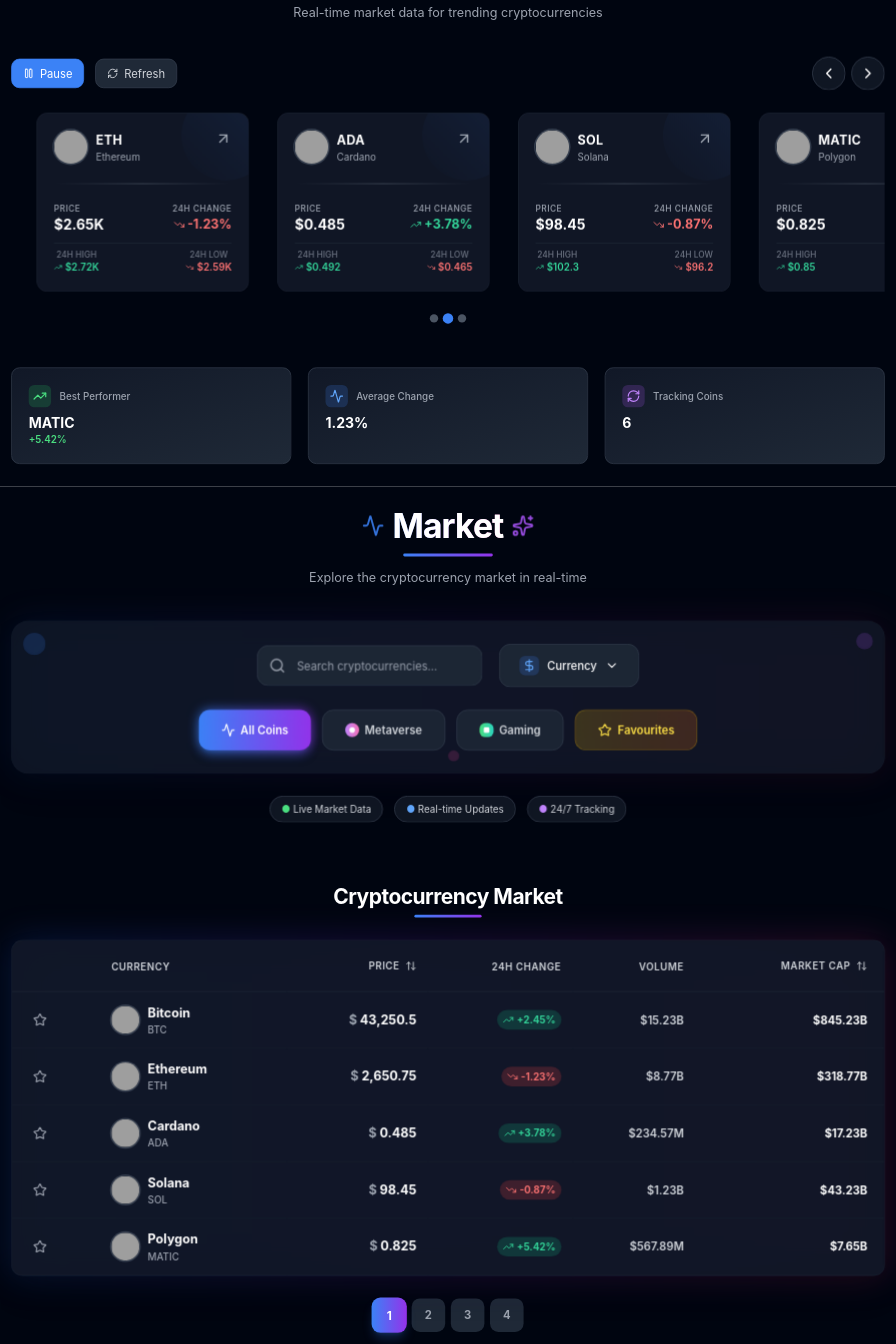
Repository: XaidenLabs/kingpad
Page: /
These files come from the project's save history. The page is drawn as it stood at one moment and after the next save; the edit follows.
The browser window is 1280 px wide. The pictures show the part of the page from y = 807 to 2727 px (the page is 3461 px tall before and 3437 px after), at 70% of full size.
Pictures or frames that could not be fetched are drawn as grey boxes. The page's requests for data from a server got no answer. The project was rebuilt for these pictures with package versions that can differ from the ones it lists, and the page was loaded fresh each time. The framework's server and built-in components were replaced by stand-ins that run in the browser. No one was signed in, and anything a server would have sent is missing. Also part of the build but not shown: next.config.js.

Above is the page before, as saved 2025-09-06 19:48:24.

### src/pages/_app.tsx
import '@/styles/globals.css'
import type { AppProps } from 'next/app'
import { ChakraProvider } from '@chakra-ui/react'
import store from '@/ReduxStore/FavouritesSlice'
import { Provider } from 'react-redux'

export default function App({ Component, pageProps }: AppProps) {
  return (
    <ChakraProvider>

      <Provider store={store}>
        <Component {...pageProps} />
      </Provider>

    </ChakraProvider>
  )
}

### src/pages/index.tsx
import Head from 'next/head'
import { Inter } from 'next/font/google'
import Navbar from '@/components/HomePageComponents/Navbar'
import HomeComnponent from '@/components/HomePageComponents/Home'
import TrendingCoins from '@/components/CoinDetailPageComponents/TrendingCoins'
import React from "react"
import Hero from '@/components/HomePageComponents/Hero'


const inter = Inter({ subsets: ['latin'] })
export default function Home() {

  return (
    <>
      <Head>
        <title>Crypgo</title>
        <meta name="description" content="Generated by create next app" />
        <meta name="viewport" content="width=device-width, initial-scale=1" />
        <link rel="icon" href="/favicon.ico" />
      </Head>

      <div>
        <nav className='maincolor'>
          <Navbar />
        </nav>

        <nav className='maincolor'>
          <Hero />
        </nav>

        <div className=' flex justify-evenly flex-wrap gap-10'>
          <div className=''>
            <nav className='maincolor'>
              <TrendingCoins />
            </nav>
            <nav className='maincolor'>
              <HomeComnponent />
            </nav>
          </div>

        </div>
      </div>

    </>
  )
}

### src/ReduxStore/FavouritesSlice.ts
import { configureStore } from "@reduxjs/toolkit";
import { createSlice } from "@reduxjs/toolkit";




type CryptoCoin = {
  id: string;
  price: number;
  image: string;
  name: string;
};

const favouriteSlice = createSlice({
    name: "favourites",
   // initialState: { list: [] },
   initialState: { list: [] as CryptoCoin[] }, // specify the type of the array as CryptoCoin[]

    reducers: {
        addToFavourites(state, action) {
            const newItem = action.payload;
            const existingItem = state.list.find((item) => item.id === newItem.id);

            if (!existingItem) {
                state.list.push({
                    id: newItem.id,
                    price: newItem.current_price,
                    image: newItem.image,
                    name: newItem.id,
                });
            }

        },

        removeFromFavourites(state, action) {
            const name = action.payload.id;
            const existingItem = state.list.find(item => item.name === name);
            state.list = state.list.filter(item => item.name !== name);
        }
    }

})

const store = configureStore({ reducer: { favourites: favouriteSlice.reducer } });

export default store;

export const favouritesActions=favouriteSlice.actions;

### src/components/CoinDetailPageComponents/TrendingCoins.tsx
import React, { useState, useEffect, useCallback, memo } from 'react';
import {
  TrendingUp,
  TrendingDown,
  RefreshCw,
  ArrowUpRight,
  ChevronLeft,
  ChevronRight,
  Play,
  Pause,
  Activity
} from 'lucide-react';

type topCoinObj = {
  coinName?: string;
  image: string;
  percentChange?: number;
  current_price: number;
  id: string;
  symbol: string;
  price_change_percentage_24h: number;
  high_24h: number;
  low_24h: number;
};

// Sample data for demo
const sampleData: topCoinObj[] = [
  {
    id: 'bitcoin',
    image: 'https://coin-images.coingecko.com/coins/images/1/small/bitcoin.png',
    symbol: 'btc',
    current_price: 43250.50,
    price_change_percentage_24h: 2.45,
    high_24h: 44100.25,
    low_24h: 42800.75
  },
  {
    id: 'ethereum',
    image: 'https://coin-images.coingecko.com/coins/images/279/small/ethereum.png',
    symbol: 'eth',
    current_price: 2650.75,
    price_change_percentage_24h: -1.23,
    high_24h: 2720.50,
    low_24h: 2590.25
  },
  {
    id: 'cardano',
    image: 'https://coin-images.coingecko.com/coins/images/975/small/cardano.png',
    symbol: 'ada',
    current_price: 0.485,
    price_change_percentage_24h: 3.78,
    high_24h: 0.492,
    low_24h: 0.465
  },
  {
    id: 'solana',
    image: 'https://coin-images.coingecko.com/coins/images/4128/small/solana.png',
    symbol: 'sol',
    current_price: 98.45,
    price_change_percentage_24h: -0.87,
    high_24h: 102.30,
    low_24h: 96.20
  },
  {
    id: 'polygon',
    image: 'https://coin-images.coingecko.com/coins/images/4713/small/matic-token-icon.png',
    symbol: 'matic',
    current_price: 0.825,
    price_change_percentage_24h: 5.42,
    high_24h: 0.850,
    low_24h: 0.780
  },
  {
    id: 'chainlink',
    image: 'https://coin-images.coingecko.com/coins/images/877/small/chainlink-new-logo.png',
    symbol: 'link',
    current_price: 14.25,
    price_change_percentage_24h: -2.15,
    high_24h: 14.85,
    low_24h: 13.90
  }
];

const TrendingCoins = () => {
  const [topCoins, setTopCoins] = useState<topCoinObj[]>([]);
  const [error, setError] = useState<string | null>(null);
  const [loading, setLoading] = useState(true);
  const [currentIndex, setCurrentIndex] = useState(0);
  const [isPlaying, setIsPlaying] = useState(true);
  const [itemsPerView, setItemsPerView] = useState(4);

  // Responsive items per view
  useEffect(() => {
    const updateItemsPerView = () => {
      if (window.innerWidth < 640) setItemsPerView(1);
      else if (window.innerWidth < 1024) setItemsPerView(2);
      else if (window.innerWidth < 1280) setItemsPerView(3);
      else setItemsPerView(4);
    };

    updateItemsPerView();
    window.addEventListener('resize', updateItemsPerView);
    return () => window.removeEventListener('resize', updateItemsPerView);
  }, []);

  const fetchCoinData = useCallback(async () => {
    try {
      setError(null);
      setLoading(true);

      // Simulate API call - replace with actual API call
      await new Promise(resolve => setTimeout(resolve, 1000));
      setTopCoins(sampleData);
      setLoading(false);
    } catch (error) {
      console.error('Error fetching coin data:', error);
      setError('Failed to load trending coins. Please try again.');
      setLoading(false);
    }
  }, []);

  useEffect(() => {
    fetchCoinData();
  }, [fetchCoinData]);

  // Auto-play functionality
  useEffect(() => {
    if (!isPlaying || topCoins.length === 0) return;

    const interval = setInterval(() => {
      setCurrentIndex(prev => {
        const maxIndex = Math.max(0, topCoins.length - itemsPerView);
        return prev >= maxIndex ? 0 : prev + 1;
      });
    }, 3000);

    return () => clearInterval(interval);
  }, [isPlaying, topCoins.length, itemsPerView]);

  const nextSlide = () => {
    const maxIndex = Math.max(0, topCoins.length - itemsPerView);
    setCurrentIndex(prev => (prev >= maxIndex ? 0 : prev + 1));
  };

  const prevSlide = () => {
    const maxIndex = Math.max(0, topCoins.length - itemsPerView);
    setCurrentIndex(prev => (prev <= 0 ? maxIndex : prev - 1));
  };

  const formatNumber = (num: number) => {
    if (num >= 1e9) return (num / 1e9).toFixed(2) + 'B';
    if (num >= 1e6) return (num / 1e6).toFixed(2) + 'M';
    if (num >= 1e3) return (num / 1e3).toFixed(2) + 'K';
    return num.toLocaleString();
  };

  // eslint-disable-next-line react/display-name
  const CoinCard = memo(({ item, index }: { item: topCoinObj; index: number }) => {
    const isPositive = item.price_change_percentage_24h > 0;

    return (
      <div
        className="relative group cursor-pointer transform transition-all duration-500 hover:scale-105"
        style={{ animationDelay: `${index * 100}ms` }}
      >
        {/* Glow effect */}
        <div className="absolute -inset-1 bg-gradient-to-r from-blue-600 via-purple-600 to-pink-600 rounded-2xl blur opacity-0 group-hover:opacity-75 transition duration-500"></div>

        {/* Main card */}
        <div className="relative w-[1200vh] bg-gray-900/95 backdrop-blur-xl rounded-2xl border border-gray-800/50 p-6 h-64 flex flex-col justify-between overflow-hidden">
          {/* Background pattern */}
          <div className="absolute top-0 right-0 w-32 h-32 bg-gradient-to-bl from-blue-500/10 to-transparent rounded-full transform translate-x-8 -translate-y-8"></div>

          {/* Header */}
          <div className="flex justify-between items-start relative z-10">
            <div className="flex items-center gap-3">
              <div className="relative">
                <img
                  src={item.image}
                  alt={item.symbol}
                  className="w-12 h-12 rounded-full ring-2 ring-gray-700 group-hover:ring-blue-500 transition-all duration-300"
                />
                <div className="absolute -inset-1 bg-gradient-to-r from-blue-500 to-purple-600 rounded-full opacity-0 group-hover:opacity-20 transition-opacity duration-300"></div>
              </div>

              <div>
                <h3 className="font-bold text-white text-lg uppercase tracking-wide">
                  {item.symbol}
                </h3>
                <p className="text-gray-400 text-sm capitalize truncate max-w-[100px]">
                  {item.id}
                </p>
              </div>
            </div>

            <ArrowUpRight className="w-6 h-6 text-gray-400 group-hover:text-white group-hover:scale-110 transition-all duration-300" />
          </div>

          {/* Divider with glow */}
          <div className="h-px bg-gradient-to-r from-transparent via-gray-600 to-transparent my-4 group-hover:via-blue-500 transition-all duration-300"></div>

          {/* Price section */}
          <div className="space-y-3 relative z-10">
            <div className="flex justify-between items-center">
              <div>
                <p className="text-gray-400 text-xs font-medium uppercase tracking-wider">Price</p>
                <p className="text-white font-bold text-xl">
                  ${formatNumber(item.current_price)}
                </p>
              </div>

              <div className="text-right">
                <p className="text-gray-400 text-xs font-medium uppercase tracking-wider">24h Change</p>
                <div className={`flex items-center gap-1 justify-end ${
                  isPositive ? 'text-emerald-400' : 'text-red-400'
                }`}>
                  {isPositive ? (
                    <TrendingUp className="w-4 h-4" />
                  ) : (
                    <TrendingDown className="w-4 h-4" />
                  )}
                  <span className="font-bold text-lg">
                    {isPositive ? '+' : ''}{item.price_change_percentage_24h.toFixed(2)}%
                  </span>
                </div>
              </div>
            </div>

            {/* High/Low section */}
            <div className="flex justify-between items-center pt-2 border-t border-gray-800 group-hover:border-gray-700 transition-colors">
              <div className="text-center">
                <p className="text-gray-500 text-xs font-medium">24H HIGH</p>
                <p className="text-emerald-400 font-semibold text-sm flex items-center gap-1">
                  <TrendingUp className="w-3 h-3" />
                  ${formatNumber(item.high_24h)}
                </p>
              </div>

              <div className="text-center">
                <p className="text-gray-500 text-xs font-medium">24H LOW</p>
                <p className="text-red-400 font-semibold text-sm flex items-center gap-1">
                  <TrendingDown className="w-3 h-3" />
                  ${formatNumber(item.low_24h)}
                </p>
              </div>
            </div>
          </div>

          {/* Hover overlay */}
          <div className="absolute inset-0 bg-gradient-to-t from-blue-600/10 to-transparent opacity-0 group-hover:opacity-100 transition-opacity duration-300 rounded-2xl"></div>
        </div>
      </div>
    );
  });

  // Loading skeleton
  const SkeletonCard = ({ index }: { index: number }) => (
    <div
      className="bg-gray-900/95 backdrop-blur-xl rounded-2xl border border-gray-800/50 p-6 h-52 relative overflow-hidden"
      style={{ animationDelay: `${index * 100}ms` }}
    >
      <div className="absolute inset-0 bg-gradient-to-r from-transparent via-gray-700/50 to-transparent animate-pulse"></div>

      <div className="flex justify-between items-start mb-4">
        <div className="flex items-center gap-3">
          <div className="w-12 h-12 bg-gray-700 rounded-full animate-pulse"></div>
          <div className="space-y-2">
            <div className="w-16 h-4 bg-gray-700 rounded animate-pulse"></div>
            <div className="w-20 h-3 bg-gray-700 rounded animate-pulse"></div>
          </div>
        </div>
        <div className="w-6 h-6 bg-gray-700 rounded animate-pulse"></div>
      </div>

      <div className="h-px bg-gray-700 my-4"></div>

      <div className="space-y-3">
        <div className="flex justify-between">
          <div className="space-y-2">
            <div className="w-12 h-3 bg-gray-700 rounded animate-pulse"></div>
            <div className="w-20 h-5 bg-gray-700 rounded animate-pulse"></div>
          </div>
          <div className="space-y-2">
            <div className="w-16 h-3 bg-gray-700 rounded animate-pulse"></div>
            <div className="w-14 h-5 bg-gray-700 rounded animate-pulse"></div>
          </div>
        </div>
        <div className="flex justify-between pt-2">
          <div className="w-16 h-4 bg-gray-700 rounded animate-pulse"></div>
          <div className="w-16 h-4 bg-gray-700 rounded animate-pulse"></div>
        </div>
      </div>
    </div>
  );

  return (
    <div className="w-full max-w-7xl mx-auto px-4 py-8">
      {/* Header */}
      <div className="text-center mb-12">
        <div className="flex items-center justify-center gap-3 mb-4">
          <Activity className="w-8 h-8 text-blue-500" />
          <h2 className="text-4xl font-bold text-white tracking-tight">
            Top Crypto Coins Updates
          </h2>
          <Activity className="w-8 h-8 text-purple-500" />
        </div>
        <div className="w-32 h-1 bg-gradient-to-r from-blue-500 to-purple-600 mx-auto rounded-full"></div>
        <p className="text-gray-400 mt-4 text-lg">Real-time market data for trending cryptocurrencies</p>
      </div>

      {/* Error State */}
      {error && (
        <div className="text-center py-12">
          <div className="bg-red-500/20 backdrop-blur-xl rounded-2xl border border-red-500/30 p-8 max-w-md mx-auto">
            <div className="w-16 h-16 bg-red-500/20 rounded-full flex items-center justify-center mx-auto mb-4">
              <RefreshCw className="w-8 h-8 text-red-400" />
            </div>
            <p className="text-red-400 text-lg font-semibold mb-4">{error}</p>
            <button
              onClick={fetchCoinData}
              className="flex items-center gap-2 bg-red-500 hover:bg-red-600 text-white px-6 py-3 rounded-xl font-semibold transition-all mx-auto"
            >
              <RefreshCw className="w-5 h-5" />
              Retry
            </button>
          </div>
        </div>
      )}

      {/* Main Carousel Container */}
      {!error && (
        <div className="relative">
          {/* Controls */}
          <div className="flex justify-between items-center mb-8">
            <div className="flex items-center gap-4">
              <button
                onClick={() => setIsPlaying(!isPlaying)}
                className={`flex items-center gap-2 px-4 py-2 rounded-xl border transition-all ${
                  isPlaying
                    ? 'bg-blue-500 border-blue-500 text-white'
                    : 'bg-gray-800 border-gray-700 text-gray-300 hover:bg-gray-700'
                }`}
              >
                {isPlaying ? <Pause className="w-4 h-4" /> : <Play className="w-4 h-4" />}
                {isPlaying ? 'Pause' : 'Play'}
              </button>

              <button
                onClick={fetchCoinData}
                className="flex items-center gap-2 px-4 py-2 bg-gray-800 border border-gray-700 text-gray-300 hover:bg-gray-700 rounded-xl transition-all"
                disabled={loading}
              >
                <RefreshCw className={`w-4 h-4 ${loading ? 'animate-spin' : ''}`} />
                Refresh
              </button>
            </div>

            {/* Navigation Arrows */}
            {topCoins.length > itemsPerView && (
              <div className="flex gap-2">
                <button
                  onClick={prevSlide}
                  className="w-12 h-12 bg-gray-800/50 backdrop-blur border border-gray-700 rounded-full flex items-center justify-center text-white hover:bg-gray-700/50 hover:scale-110 transition-all"
                >
                  <ChevronLeft className="w-6 h-6" />
                </button>
                <button
                  onClick={nextSlide}
                  className="w-12 h-12 bg-gray-800/50 backdrop-blur border border-gray-700 rounded-full flex items-center justify-center text-white hover:bg-gray-700/50 hover:scale-110 transition-all"
                >
                  <ChevronRight className="w-6 h-6" />
                </button>
              </div>
            )}
          </div>

          {/* Carousel Container */}
          <div className="relative overflow-hidden">
            <div
              className="flex transition-transform duration-500 ease-in-out gap-8"
              style={{
                transform: `translateX(-${currentIndex * (100 / itemsPerView)}%)`,
                width: `${(topCoins.length / itemsPerView) * 100}%`
              }}
            >
              {loading ? (
                // Loading skeletons
                Array.from({ length: 6 }, (_, index) => (
                  <div key={index} style={{ width: `${100 / itemsPerView}%` }} className="px-1">
                    <SkeletonCard index={index} />
                  </div>
                ))
              ) : (
                // Actual coins
                topCoins.map((coin, index) => (
                  <div key={coin.id} style={{ width: `${100 / itemsPerView}%` }} className="px-1">
                    <CoinCard item={coin} index={index} />
                  </div>
                ))
              )}
            </div>
          </div>

          {/* Dots Indicator */}
          {topCoins.length > itemsPerView && (
            <div className="flex justify-center gap-2 mt-8">
              {Array.from({ length: Math.max(0, topCoins.length - itemsPerView + 1) }, (_, index) => (
                <button
                  key={index}
                  onClick={() => setCurrentIndex(index)}
                  className={`w-3 h-3 rounded-full transition-all ${
                    currentIndex === index
                      ? 'bg-blue-500 scale-125'
                      : 'bg-gray-600 hover:bg-gray-500'
                  }`}
                />
              ))}
            </div>
          )}
        </div>
      )}

      {/* Market Summary */}
      {!loading && topCoins.length > 0 && (
        <div className="mt-16 grid grid-cols-1 md:grid-cols-3 gap-6">
          <div className="bg-gradient-to-br from-gray-900 to-gray-800 p-6 rounded-xl border border-gray-700">
            <div className="flex items-center gap-3 mb-2">
              <div className="w-8 h-8 bg-green-500/20 rounded-lg flex items-center justify-center">
                <TrendingUp className="w-5 h-5 text-green-400" />
              </div>
              <span className="text-gray-400 text-sm font-medium">Best Performer</span>
            </div>
            <div className="text-white text-xl font-bold">
              {topCoins.reduce((max, coin) => coin.price_change_percentage_24h > max.price_change_percentage_24h ? coin : max).symbol.toUpperCase()}
            </div>
            <div className="text-green-400 text-sm font-semibold">
              +{Math.max(...topCoins.map(coin => coin.price_change_percentage_24h)).toFixed(2)}%
            </div>
          </div>

          <div className="bg-gradient-to-br from-gray-900 to-gray-800 p-6 rounded-xl border border-gray-700">
            <div className="flex items-center gap-3 mb-2">
              <div className="w-8 h-8 bg-blue-500/20 rounded-lg flex items-center justify-center">
                <Activity className="w-5 h-5 text-blue-400" />
              </div>
              <span className="text-gray-400 text-sm font-medium">Average Change</span>
            </div>
            <div className="text-white text-xl font-bold">
              {(topCoins.reduce((sum, coin) => sum + coin.price_change_percentage_24h, 0) / topCoins.length).toFixed(2)}%
            </div>
          </div>

          <div className="bg-gradient-to-br from-gray-900 to-gray-800 p-6 rounded-xl border border-gray-700">
            <div className="flex items-center gap-3 mb-2">
              <div className="w-8 h-8 bg-purple-500/20 rounded-lg flex items-center justify-center">
                <RefreshCw className="w-5 h-5 text-purple-400" />
              </div>
              <span className="text-gray-400 text-sm font-medium">Tracking Coins</span>
            </div>
            <div className="text-white text-xl font-bold">{topCoins.length}</div>
          </div>
        </div>
      )}
    </div>
  );
};

export default TrendingCoins;

Loaded but not shown: src/pages/_document.tsx (common file); tailwind.config.js (8 lines, source omitted); src/components/HomePageComponents/Home.tsx (421 lines, source omitted); src/components/CoinDetailPageComponents/CryptoTable.tsx (328 lines, source omitted); src/components/HomePageComponents/ModernSearchHeader.tsx (227 lines, source omitted); src/styles/globals.css (374 lines, source omitted); src/components/HomePageComponents/Footer.tsx (49 lines, source omitted); src/components/HomePageComponents/Navbar.tsx (58 lines, source omitted); src/components/HomePageComponents/Hero.tsx (59 lines, source omitted)

After the next save:
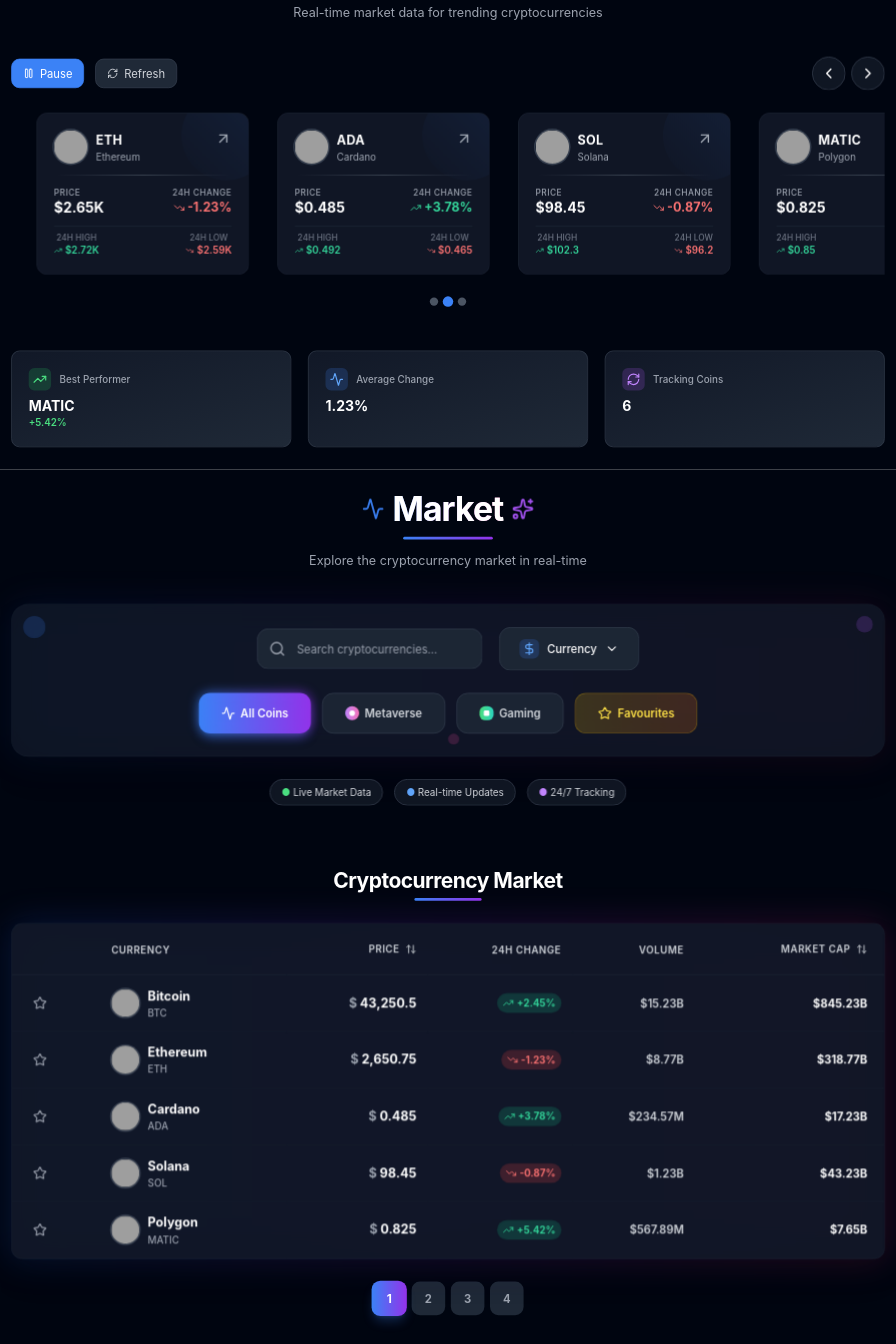
Saved 103 s later.
--- a/src/components/CoinDetailPageComponents/TrendingCoins.tsx
+++ b/src/components/CoinDetailPageComponents/TrendingCoins.tsx
@@ -167,7 +167,7 @@ const TrendingCoins = () => {
         <div className="absolute -inset-1 bg-gradient-to-r from-blue-600 via-purple-600 to-pink-600 rounded-2xl blur opacity-0 group-hover:opacity-75 transition duration-500"></div>
 
         {/* Main card */}
-        <div className="relative w-[1200vh] bg-gray-900/95 backdrop-blur-xl rounded-2xl border border-gray-800/50 p-6 h-64 flex flex-col justify-between overflow-hidden">
+        <div className="relative w-[1200vh] bg-gray-900/95 backdrop-blur-xl rounded-2xl border border-gray-800/50 p-6 h- flex flex-col justify-between overflow-hidden">
           {/* Background pattern */}
           <div className="absolute top-0 right-0 w-32 h-32 bg-gradient-to-bl from-blue-500/10 to-transparent rounded-full transform translate-x-8 -translate-y-8"></div>
 
